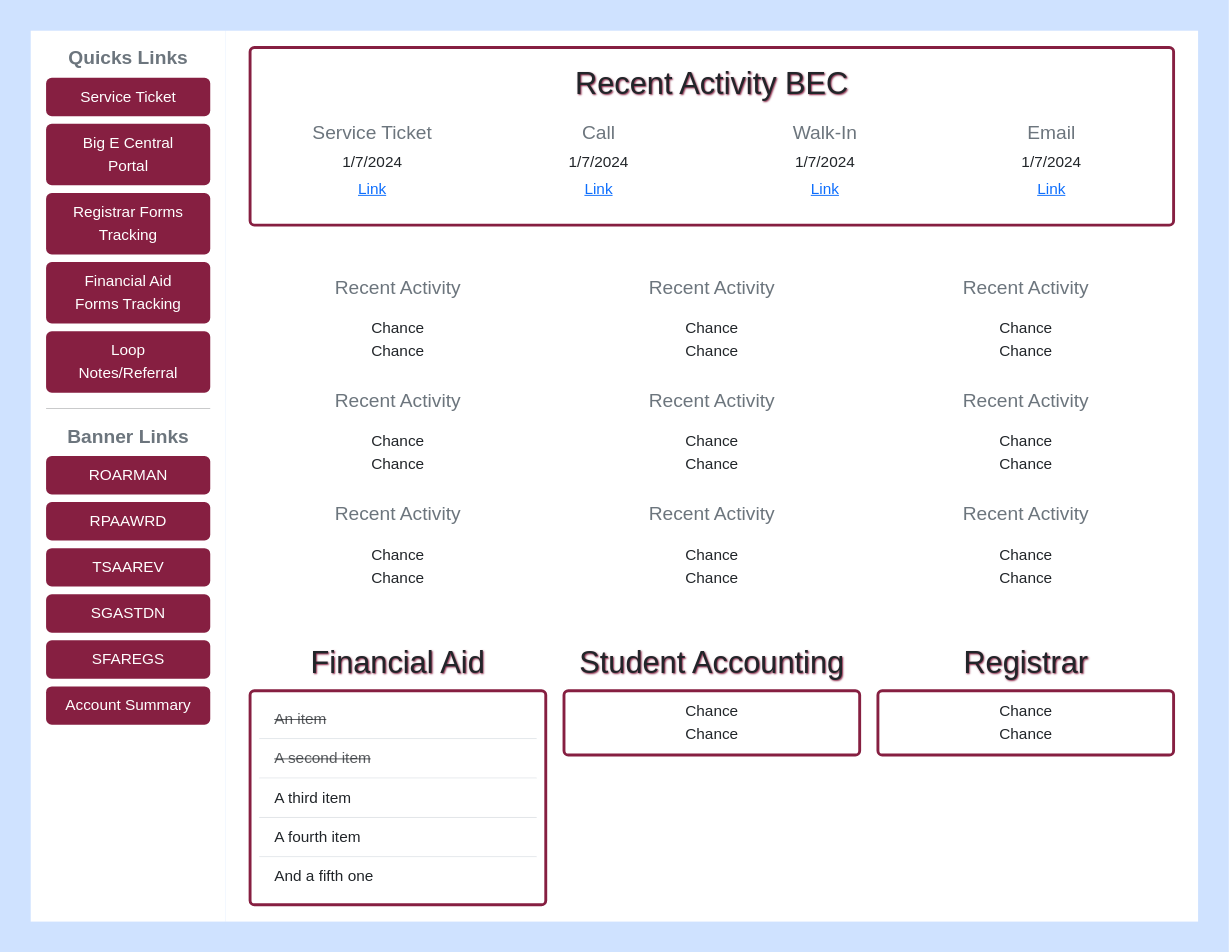
Repository: chancellor-w-whitaker/bec-tab
Page: /
These files come from the project's save history. The page is drawn as it stood at one moment and after the next save; the edit follows.
The browser window is 1280 px wide. The pictures show the whole page, at 96% of full size.
Some web fonts or font styles are not loaded; a fallback is used. The project was rebuilt for these pictures with package versions that can differ from the ones it lists, and the page was loaded fresh each time. Also part of the build but not shown: vite.config.js.

Above is the page before, as saved 2024-01-07 19:21:32.

### src/main.jsx
// Bootstrap Bundle JS
import "bootstrap/dist/js/bootstrap.bundle.min";
// Bootstrap CSS
import "bootstrap/dist/css/bootstrap.min.css";
import ReactDOM from "react-dom/client";
import React from "react";

import App from "./App.jsx";
import "./index.css";

ReactDOM.createRoot(document.getElementById("root")).render(
  <React.StrictMode>
    <App />
  </React.StrictMode>
);

### src/App.jsx
import { useEffect } from "react";

import "./App.css";

const genericSentences = [
  `It is a long established fact that a reader will be distracted by the readable content of a page when looking at its layout.`,
  `The point of using Lorem Ipsum is that it has a more-or-less normal distribution of letters, as opposed to using 'Content here, content here', making it look like readable English.`,
  `Many desktop publishing packages and web page editors now use Lorem Ipsum as their default model text, and a search for 'lorem ipsum' will uncover many web sites still in their infancy.`,
  `Various versions have evolved over the years, sometimes by accident, sometimes on purpose (injected humour and the like).`,
];

const ekuMaroon = "#861f41";

const ekuBorder = { border: `3px solid ${ekuMaroon}` };

const SomeBlock = ({
  paragraph = genericSentences.slice(0, 1).map((sen) => sen),
  href = "https://www.eku.edu/",
  title = "Chancellor",
  linkText = "Link",
  date,
}) => {
  return (
    <div className="p-2 d-flex flex-column gap-1 col">
      <div className="fs-5 text-secondary fw-medium">{title}</div>
      <div>{date}</div>
      <a rel="noreferrer" target="_blank" href={href}>
        {linkText}
      </a>
    </div>
  );
};

const ShadowyTitle = ({ children = "Placeholder" }) => {
  return (
    <div
      style={{ textShadow: `1px 1px 2px ${ekuMaroon}` }}
      className="fs-2 lh-sm"
    >
      {children}
    </div>
  );
};

const useBodyBgVariant = (bgVariant = "body-tertiary") => {
  useEffect(() => {
    document.body.classList.add(`bg-${bgVariant}`);

    return () => {
      document.body.classList.remove(`bg-${bgVariant}`);
    };
  }, [bgVariant]);
};

const Card = ({
  children = (
    <>
      <div>Chance</div>
      <div>Chance</div>
    </>
  ),
  title = <div className="fs-5 text-secondary fw-medium">Recent Activity</div>,
  width = 250,
  style = {},
}) => {
  return (
    <>
      <div className="d-flex flex-column gap-2 text-center" style={{ width }}>
        {title}
        <div className="p-2 rounded bg-white" style={{ ...style }}>
          {children}
        </div>
      </div>
    </>
  );
};

const NavItem = ({ href = "https://www.eku.edu/", ...rest }) => {
  return (
    <li className="nav-item">
      <a
        style={{ backgroundColor: ekuMaroon }}
        className="nav-link active"
        aria-current="page"
        rel="noreferrer"
        target="_blank"
        href={href}
        {...rest}
      ></a>
    </li>
  );
};

const Sidebar = () => {
  return (
    <>
      <div className="sidebar col-md-3 col-lg-2 p-3 bg-white">
        <div className="d-flex flex-column text-center">
          <div className="fs-5 mb-2 lh-sm fw-semibold text-secondary">
            Quicks Links
          </div>
          <ul className="nav nav-pills flex-column gap-2">
            <NavItem>Service Ticket</NavItem>
            <NavItem>Big E Central Portal</NavItem>
            <NavItem>Registrar Forms Tracking</NavItem>
            <NavItem>Financial Aid Forms Tracking</NavItem>
            <NavItem>Loop Notes/Referral</NavItem>
          </ul>
        </div>
        <hr></hr>
        <div className="d-flex flex-column text-center">
          <div className="fs-5 mb-2 lh-sm fw-semibold text-secondary">
            Banner Links
          </div>
          <ul className="nav nav-pills flex-column gap-2">
            <NavItem>ROARMAN</NavItem>
            <NavItem>RPAAWRD</NavItem>
            <NavItem>TSAAREV</NavItem>
            <NavItem>SGASTDN</NavItem>
            <NavItem>SFAREGS</NavItem>
            <NavItem>Account Summary</NavItem>
          </ul>
        </div>
      </div>
    </>
  );
};

const Main = () => {
  return (
    <>
      <div className="col-md-9 ms-sm-auto col-lg-10 px-md-4 py-3 bg-white">
        <div className="d-flex flex-column gap-5">
          {/* <div className="text-bg-light p-2"></div> */}
          {/* <Card width={"auto"}></Card> */}
          <div
            className="rounded text-center p-3 d-flex flex-column gap-2"
            style={{ ...ekuBorder }}
          >
            <ShadowyTitle>Recent Activity BEC</ShadowyTitle>
            <div className="d-flex gap-3 flex-wrap text-nowrap">
              <SomeBlock title={"Service Ticket"} date={"1/7/2024"}></SomeBlock>
              <SomeBlock date={"1/7/2024"} title={"Call"}></SomeBlock>
              <SomeBlock date={"1/7/2024"} title={"Walk-In"}></SomeBlock>
              <SomeBlock date={"1/7/2024"} title={"Email"}></SomeBlock>
            </div>
          </div>
          <div className="d-flex flex-row flex-wrap justify-content-around gap-3">
            <Card></Card>
            <Card></Card>
            <Card></Card>
            <Card></Card>
            <Card></Card>
            <Card></Card>
            <Card></Card>
            <Card></Card>
            <Card></Card>
          </div>
          <div className="d-flex flex-row gap-3">
            <Card
              title={<ShadowyTitle>Financial Aid</ShadowyTitle>}
              style={{ ...ekuBorder }}
              width="100%"
            >
              <ul className="list-group list-group-flush text-start">
                <li className="list-group-item text-decoration-line-through text-muted">
                  An item
                </li>
                <li className="list-group-item text-decoration-line-through text-muted">
                  A second item
                </li>
                <li className="list-group-item">A third item</li>
                <li className="list-group-item">A fourth item</li>
                <li className="list-group-item">And a fifth one</li>
              </ul>
            </Card>
            <Card
              title={<ShadowyTitle>Student Accounting</ShadowyTitle>}
              style={{ ...ekuBorder }}
              width="100%"
            ></Card>

            <Card
              title={<ShadowyTitle>Registrar</ShadowyTitle>}
              style={{ ...ekuBorder }}
              width="100%"
            ></Card>
          </div>
        </div>
      </div>
    </>
  );
};

const App = () => {
  useBodyBgVariant("primary-subtle");

  return (
    <div className="container-fluid">
      <div className="row">
        <Sidebar></Sidebar>
        <Main></Main>
      </div>
    </div>
  );
};

export default App;

### src/index.css
@font-face {
  font-family: poppins;
  font-style: normal;
  font-weight: 400;
  src: local("Poppins"),
    url(https://fonts.cdnfonts.com/s/16009/Poppins-Regular.woff) format("woff");
}
@font-face {
  font-family: poppins;
  font-style: normal;
  font-weight: 400;
  src: local("Poppins"),
    url(https://fonts.cdnfonts.com/s/16009/Poppins-Regular.woff) format("woff");
}
@font-face {
  font-family: poppins;
  font-style: italic;
  font-weight: 400;
  src: local("Poppins"),
    url(https://fonts.cdnfonts.com/s/16009/Poppins-Italic.woff) format("woff");
}
@font-face {
  font-family: poppins;
  font-style: italic;
  font-weight: 400;
  src: local("Poppins"),
    url(https://fonts.cdnfonts.com/s/16009/Poppins-Italic.woff) format("woff");
}
@font-face {
  font-family: poppins;
  font-style: normal;
  font-weight: 250;
  src: local("Poppins"),
    url(https://fonts.cdnfonts.com/s/16009/Poppins-Thin.woff) format("woff");
}
@font-face {
  font-family: poppins;
  font-style: normal;
  font-weight: 250;
  src: local("Poppins"),
    url(https://fonts.cdnfonts.com/s/16009/Poppins-Thin.woff) format("woff");
}
@font-face {
  font-family: poppins;
  font-style: italic;
  font-weight: 250;
  src: local("Poppins"),
    url(https://fonts.cdnfonts.com/s/16009/Poppins-ThinItalic.woff)
      format("woff");
}
@font-face {
  font-family: poppins;
  font-style: italic;
  font-weight: 250;
  src: local("Poppins"),
    url(https://fonts.cdnfonts.com/s/16009/Poppins-ThinItalic.woff)
      format("woff");
}
@font-face {
  font-family: poppins;
  font-style: normal;
  font-weight: 275;
  src: local("Poppins"),
    url(https://fonts.cdnfonts.com/s/16009/Poppins-ExtraLight.woff)
      format("woff");
}
@font-face {
  font-family: poppins;
  font-style: normal;
  font-weight: 275;
  src: local("Poppins"),
    url(https://fonts.cdnfonts.com/s/16009/Poppins-ExtraLight.woff)
      format("woff");
}
@font-face {
  font-family: poppins;
  font-style: italic;
  font-weight: 275;
  src: local("Poppins"),
    url(https://fonts.cdnfonts.com/s/16009/Poppins-ExtraLightItalic.woff)
      format("woff");
}
@font-face {
  font-family: poppins;
  font-style: italic;
  font-weight: 275;
  src: local("Poppins"),
    url(https://fonts.cdnfonts.com/s/16009/Poppins-ExtraLightItalic.woff)
      format("woff");
}
@font-face {
  font-family: poppins;
  font-style: normal;
  font-weight: 300;
  src: local("Poppins"),
    url(https://fonts.cdnfonts.com/s/16009/Poppins-Light.woff) format("woff");
}
@font-face {
  font-family: poppins;
  font-style: normal;
  font-weight: 300;
  src: local("Poppins"),
    url(https://fonts.cdnfonts.com/s/16009/Poppins-Light.woff) format("woff");
}
@font-face {
  font-family: poppins;
  font-style: italic;
  font-weight: 300;
  src: local("Poppins"),
    url(https://fonts.cdnfonts.com/s/16009/Poppins-LightItalic.woff)
      format("woff");
}
@font-face {
  font-family: poppins;
  font-style: italic;
  font-weight: 300;
  src: local("Poppins"),
    url(https://fonts.cdnfonts.com/s/16009/Poppins-LightItalic.woff)
      format("woff");
}
@font-face {
  font-family: poppins;
  font-style: normal;
  font-weight: 500;
  src: local("Poppins"),
    url(https://fonts.cdnfonts.com/s/16009/Poppins-Medium.woff) format("woff");
}
@font-face {
  font-family: poppins;
  font-style: normal;
  font-weight: 500;
  src: local("Poppins"),
    url(https://fonts.cdnfonts.com/s/16009/Poppins-Medium.woff) format("woff");
}
@font-face {
  font-family: poppins;
  font-style: italic;
  font-weight: 500;
  src: local("Poppins"),
    url(https://fonts.cdnfonts.com/s/16009/Poppins-MediumItalic.woff)
      format("woff");
}
@font-face {
  font-family: poppins;
  font-style: italic;
  font-weight: 500;
  src: local("Poppins"),
    url(https://fonts.cdnfonts.com/s/16009/Poppins-MediumItalic.woff)
      format("woff");
}
@font-face {
  font-family: poppins;
  font-style: normal;
  font-weight: 600;
  src: local("Poppins"),
    url(https://fonts.cdnfonts.com/s/16009/Poppins-SemiBold.woff) format("woff");
}
@font-face {
  font-family: poppins;
  font-style: normal;
  font-weight: 600;
  src: local("Poppins"),
    url(https://fonts.cdnfonts.com/s/16009/Poppins-SemiBold.woff) format("woff");
}
@font-face {
  font-family: poppins;
  font-style: italic;
  font-weight: 600;
  src: local("Poppins"),
    url(https://fonts.cdnfonts.com/s/16009/Poppins-SemiBoldItalic.woff)
      format("woff");
}
@font-face {
  font-family: poppins;
  font-style: italic;
  font-weight: 600;
  src: local("Poppins"),
    url(https://fonts.cdnfonts.com/s/16009/Poppins-SemiBoldItalic.woff)
      format("woff");
}
@font-face {
  font-family: poppins;
  font-style: normal;
  font-weight: 700;
  src: local("Poppins"),
    url(https://fonts.cdnfonts.com/s/16009/Poppins-Bold.woff) format("woff");
}
@font-face {
  font-family: poppins;
  font-style: normal;
  font-weight: 700;
  src: local("Poppins"),
    url(https://fonts.cdnfonts.com/s/16009/Poppins-Bold.woff) format("woff");
}
@font-face {
  font-family: poppins;
  font-style: italic;
  font-weight: 700;
  src: local("Poppins"),
    url(https://fonts.cdnfonts.com/s/16009/Poppins-BoldItalic.woff)
      format("woff");
}
@font-face {
  font-family: poppins;
  font-style: italic;
  font-weight: 700;
  src: local("Poppins"),
    url(https://fonts.cdnfonts.com/s/16009/Poppins-BoldItalic.woff)
      format("woff");
}
@font-face {
  font-family: poppins;
  font-style: normal;
  font-weight: 800;
  src: local("Poppins"),
    url(https://fonts.cdnfonts.com/s/16009/Poppins-ExtraBold.woff)
      format("woff");
}
@font-face {
  font-family: poppins;
  font-style: normal;
  font-weight: 800;
  src: local("Poppins"),
    url(https://fonts.cdnfonts.com/s/16009/Poppins-ExtraBold.woff)
      format("woff");
}
@font-face {
  font-family: poppins;
  font-style: italic;
  font-weight: 800;
  src: local("Poppins"),
    url(https://fonts.cdnfonts.com/s/16009/Poppins-ExtraBoldItalic.woff)
      format("woff");
}
@font-face {
  font-family: poppins;
  font-style: italic;
  font-weight: 800;
  src: local("Poppins"),
    url(https://fonts.cdnfonts.com/s/16009/Poppins-ExtraBoldItalic.woff)
      format("woff");
}
@font-face {
  font-family: poppins;
  font-style: normal;
  font-weight: 900;
  src: local("Poppins"),
    url(https://fonts.cdnfonts.com/s/16009/Poppins-Black.woff) format("woff");
}
@font-face {
  font-family: poppins;
  font-style: normal;
  font-weight: 900;
  src: local("Poppins"),
    url(https://fonts.cdnfonts.com/s/16009/Poppins-Black.woff) format("woff");
}
@font-face {
  font-family: poppins;
  font-style: italic;
  font-weight: 900;
  src: local("Poppins"),
    url(https://fonts.cdnfonts.com/s/16009/Poppins-BlackItalic.woff)
      format("woff");
}
@font-face {
  font-family: poppins;
  font-style: italic;
  font-weight: 900;
  src: local("Poppins"),
    url(https://fonts.cdnfonts.com/s/16009/Poppins-BlackItalic.woff)
      format("woff");
}

:root,
[data-bs-theme="light"] {
  --bs-font-sans-serif: "Poppins", sans-serif;

  --bs-box-shadow: 0px 3px 3px -2px rgba(0, 0, 0, 0.2),
    0px 3px 4px 0px rgba(0, 0, 0, 0.14), 0px 1px 8px 0px rgba(0, 0, 0, 0.12);
  --bs-box-shadow-sm: 0px 3px 1px -2px rgba(0, 0, 0, 0.2),
    0px 2px 2px 0px rgba(0, 0, 0, 0.14), 0px 1px 5px 0px rgba(0, 0, 0, 0.12);
  --bs-box-shadow-lg: 0px 2px 4px -1px rgba(0, 0, 0, 0.2),
    0px 4px 5px 0px rgba(0, 0, 0, 0.14), 0px 1px 10px 0px rgba(0, 0, 0, 0.12);
}

Loaded but not shown: index.html (common file); src/App.css (common file)

After the next save:
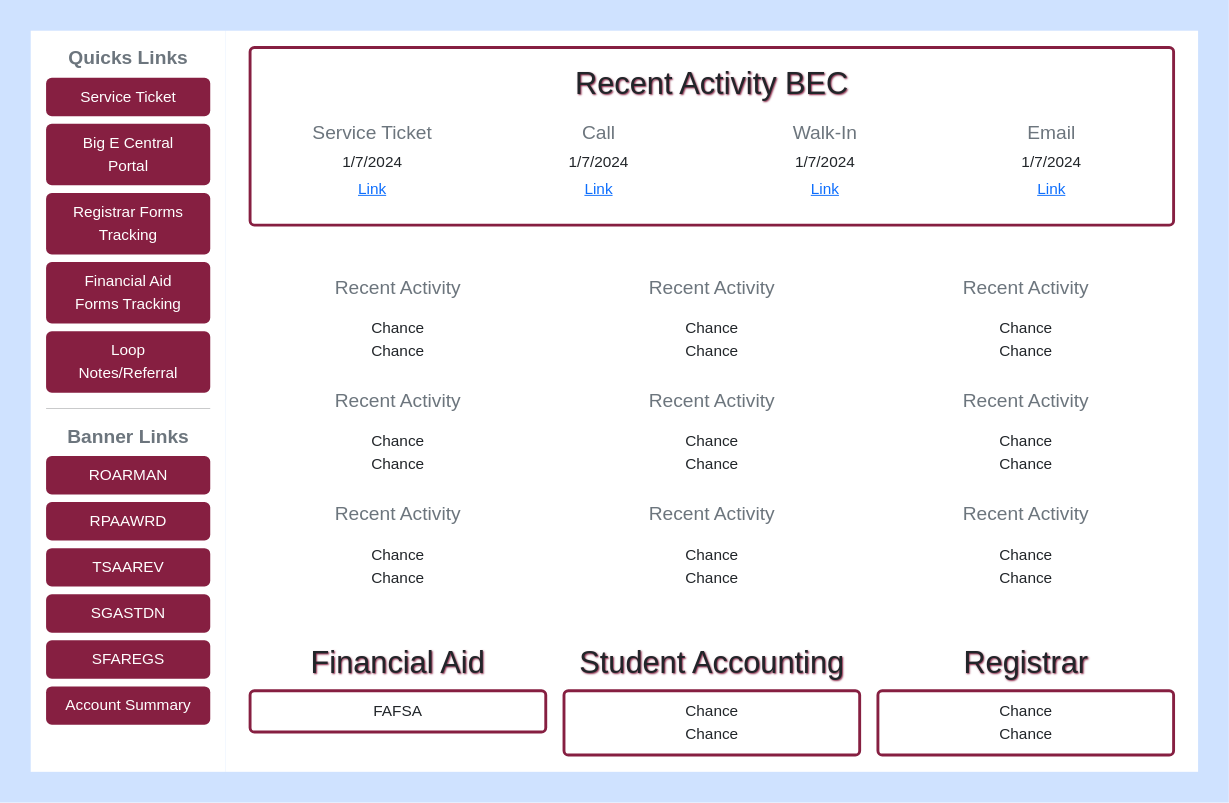
Saved 62 s later.
--- a/src/App.jsx
+++ b/src/App.jsx
@@ -162,17 +162,7 @@ const Main = () => {
               style={{ ...ekuBorder }}
               width="100%"
             >
-              <ul className="list-group list-group-flush text-start">
-                <li className="list-group-item text-decoration-line-through text-muted">
-                  An item
-                </li>
-                <li className="list-group-item text-decoration-line-through text-muted">
-                  A second item
-                </li>
-                <li className="list-group-item">A third item</li>
-                <li className="list-group-item">A fourth item</li>
-                <li className="list-group-item">And a fifth one</li>
-              </ul>
+              <div>FAFSA</div>
             </Card>
             <Card
               title={<ShadowyTitle>Student Accounting</ShadowyTitle>}
